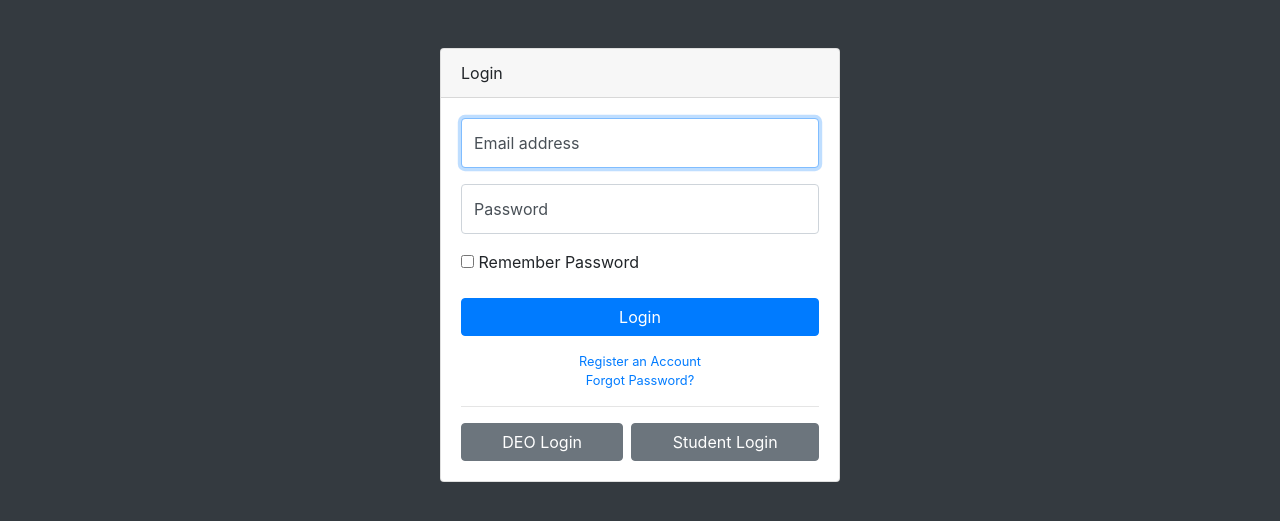
Repository: shubhamsinghrajput/e-exam
Page: http://localhost/deo/login.php
The author's editor kept a copy of each file at every save. The page is drawn from the files as they stood at one save, then again after the next save.
The browser window is 1280 px wide. The pictures show the whole page.
The page is run by PHP 8.4 with error messages shown; the project is at /var/www/html/. Other server files are loaded and not shown.

Above is the page before, as saved 2019-02-11 12:33:33.

### deo/login.php
<!DOCTYPE html>
<html lang="en">

  <head>

    <meta charset="utf-8">
    <meta http-equiv="X-UA-Compatible" content="IE=edge">
    <meta name="viewport" content="width=device-width, initial-scale=1, shrink-to-fit=no">
    <meta name="description" content="">
    <meta name="author" content="">

    <title>Edugen - Login</title>

    <!-- Bootstrap core CSS-->
      <link href="../assets/vendor/bootstrap/css/bootstrap.min.css" rel="stylesheet">

    <!-- Custom fonts for this template-->
      <link href="../assets/vendor/fontawesome-free/css/all.min.css" rel="stylesheet" type="text/css">

    <!-- Custom styles for this template-->
      <link href="../assets/css/sb-admin.css" rel="stylesheet">

  </head>

  <body class="bg-dark">

    <div class="container">
      <div class="card card-login mx-auto mt-5">
        <div class="card-header">Login</div>
        <div class="card-body">
          <form>
            <div class="form-group">
              <div class="form-label-group">
                <input type="email" id="inputEmail" class="form-control" placeholder="Email address" required="required" autofocus="autofocus">
                <label for="inputEmail">Email address</label>
              </div>
            </div>
            <div class="form-group">
              <div class="form-label-group">
                <input type="password" id="inputPassword" class="form-control" placeholder="Password" required="required">
                <label for="inputPassword">Password</label>
              </div>
            </div>
            <div class="form-group">
              <div class="checkbox">
                <label>
                  <input type="checkbox" value="remember-me">
                  Remember Password
                </label>
              </div>
            </div>
            <a class="btn btn-primary btn-block" href="dashboard-deo.php">Login</a>
          </form>
          <div class="text-center">
            <a class="d-block small mt-3" href="register.php">Register an Account</a>
            <a class="d-block small" href="forgot-password.php">Forgot Password?</a>
          </div>
          <hr>
          <div class="text-center d-flex">
            <a class="btn flex-fill small mr-1 btn-secondary foat-left" href="register.php">DEO Login</a>
            <a class="  btn flex-fill btn-secondary ml-1 small float right" href="forgot-password.php">Student Login</a>
          </div>
        </div>
      </div>
    </div>

    <!-- Bootstrap core JavaScript-->
      <script src="../../assets/vendor/jquery/jquery.min.js"></script>
      <script src="../../assets/vendor/bootstrap/js/bootstrap.bundle.min.js"></script>

    <!-- Core plugin JavaScript-->
      <script src="../../assets/vendor/jquery-easing/jquery.easing.min.js"></script>

  </body>

</html>

### assets/css/sb-admin.css
@charset "UTF-8";
html {
  position: relative;
  min-height: 100%;
}

body {
  height: 100%;
}

#wrapper {
  display: flex;
}
#wrapper #content-wrapper {
  overflow-x: hidden;
  width: 100%;
  padding-top: 1rem;
  padding-bottom: 80px;
}

body.fixed-nav #content-wrapper {
  margin-top: 56px;
  padding-left: 90px;
}
body.fixed-nav.sidebar-toggled #content-wrapper {
  padding-left: 0;
}
@media (min-width: 768px) {
  body.fixed-nav #content-wrapper {
    padding-left: 225px;
  }
  body.fixed-nav.sidebar-toggled #content-wrapper {
    padding-left: 90px;
  }
}

.scroll-to-top {
  position: fixed;
  right: 15px;
  bottom: 15px;
  display: none;
  width: 50px;
  height: 50px;
  text-align: center;
  color: #fff;
  background: rgba(52, 58, 64, 0.5);
  line-height: 46px;
}
.scroll-to-top:focus, .scroll-to-top:hover {
  color: white;
}
.scroll-to-top:hover {
  background: #343a40;
}
.scroll-to-top i {
  font-weight: 800;
}

.smaller {
  font-size: 0.7rem;
}

.o-hidden {
  overflow: hidden !important;
}

.z-0 {
  z-index: 0;
}

.z-1 {
  z-index: 1;
}

.navbar-nav .form-inline .input-group {
  width: 100%;
}
.navbar-nav .nav-item.active .nav-link {
  color: #fff;
}
.navbar-nav .nav-item.dropdown .dropdown-toggle::after {
  width: 1rem;
  text-align: center;
  float: right;
  vertical-align: 0;
  border: 0;
  font-weight: 900;
  content: "";
  font-family: "Font Awesome 5 Free";
}
.navbar-nav .nav-item.dropdown.show .dropdown-toggle::after {
  content: "";
}
.navbar-nav .nav-item.dropdown.no-arrow .dropdown-toggle::after {
  display: none;
}
.navbar-nav .nav-item .nav-link:focus {
  outline: none;
}
.navbar-nav .nav-item .nav-link .badge {
  position: absolute;
  margin-left: 0.75rem;
  top: 0.3rem;
  font-weight: 400;
  font-size: 0.5rem;
}
@media (min-width: 768px) {
  .navbar-nav .form-inline .input-group {
    width: auto;
  }
}

.sidebar {
  width: 90px !important;
  background-color: #212529;
  min-height: calc(100vh - 56px);
}
.sidebar .nav-item:last-child {
  margin-bottom: 1rem;
}
.sidebar .nav-item .nav-link {
  text-align: center;
  padding: 0.75rem 1rem;
  width: 90px;
}
.sidebar .nav-item .nav-link span {
  font-size: 0.65rem;
  display: block;
}
.sidebar .nav-item .dropdown-menu {
  position: absolute !important;
  transform: none !important;
  left: calc(90px + 0.5rem) !important;
  margin: 0;
}
.sidebar .nav-item .dropdown-menu.dropup {
  bottom: 0;
  top: auto !important;
}
.sidebar .nav-item.dropdown .dropdown-toggle::after {
  display: none;
}
.sidebar .nav-item .nav-link {
  color: rgba(255, 255, 255, 0.5);
}
.sidebar .nav-item .nav-link:active, .sidebar .nav-item .nav-link:focus, .sidebar .nav-item .nav-link:hover {
  color: rgba(255, 255, 255, 0.75);
}
.sidebar.toggled {
  width: 0 !important;
  overflow: hidden;
}

@media (min-width: 768px) {
  .sidebar {
    width: 225px !important;
  }
  .sidebar .nav-item .nav-link {
    display: block;
    width: 100%;
    text-align: left;
    padding: 1rem;
    width: 225px;
  }
  .sidebar .nav-item .nav-link span {
    font-size: 1rem;
    display: inline;
  }
  .sidebar .nav-item .dropdown-menu {
    position: static !important;
    margin: 0 1rem;
    top: 0;
  }
  .sidebar .nav-item.dropdown .dropdown-toggle::after {
    display: block;
  }
  .sidebar.toggled {
    overflow: visible;
    width: 90px !important;
  }
  .sidebar.toggled .nav-item:last-child {
    margin-bottom: 1rem;
  }
  .sidebar.toggled .nav-item .nav-link {
    text-align: center;
    padding: 0.75rem 1rem;
    width: 90px;
  }
  .sidebar.toggled .nav-item .nav-link span {
    font-size: 0.65rem;
    display: block;
  }
  .sidebar.toggled .nav-item .dropdown-menu {
    position: absolute !important;
    transform: none !important;
    left: calc(90px + 0.5rem) !important;
    margin: 0;
  }
  .sidebar.toggled .nav-item .dropdown-menu.dropup {
    bottom: 0;
    top: auto !important;
  }
  .sidebar.toggled .nav-item.dropdown .dropdown-toggle::after {
    display: none;
  }
}
.sidebar.fixed-top {
  top: 56px;
  height: calc(100vh - 56px);
  overflow-y: auto;
}

.card-body-icon {
  position: absolute;
  z-index: 0;
  top: -1.25rem;
  right: -1rem;
  opacity: 0.4;
  font-size: 5rem;
  transform: rotate(15deg);
}

@media (min-width: 576px) {
  .card-columns {
    column-count: 1;
  }
}
@media (min-width: 768px) {
  .card-columns {
    column-count: 2;
  }
}
@media (min-width: 1200px) {
  .card-columns {
    column-count: 2;
  }
}

:root {
  --input-padding-x: 0.75rem;
  --input-padding-y: 0.75rem;
}

.card-login {
  max-width: 25rem;
}

.card-register {
  max-width: 40rem;
}

.form-label-group {
  position: relative;
}

.form-label-group > input,
.form-label-group > label {
  padding: var(--input-padding-y) var(--input-padding-x);
  height: auto;
}

.form-label-group > label {
  position: absolute;
  top: 0;
  left: 0;
  display: block;
  width: 100%;
  margin-bottom: 0;
  /* Override default `<label>` margin */
  line-height: 1.5;
  color: #495057;
  border: 1px solid transparent;
  border-radius: 0.25rem;
  transition: all 0.1s ease-in-out;
}

.form-label-group input::-webkit-input-placeholder {
  color: transparent;
}

.form-label-group input:-ms-input-placeholder {
  color: transparent;
}

.form-label-group input::-ms-input-placeholder {
  color: transparent;
}

.form-label-group input::-moz-placeholder {
  color: transparent;
}

.form-label-group input::placeholder {
  color: transparent;
}

.form-label-group input:not(:placeholder-shown) {
  padding-top: calc(var(--input-padding-y) + var(--input-padding-y) * (2 / 3));
  padding-bottom: calc(var(--input-padding-y) / 3);
}

.form-label-group input:not(:placeholder-shown) ~ label {
  padding-top: calc(var(--input-padding-y) / 3);
  padding-bottom: calc(var(--input-padding-y) / 3);
  font-size: 12px;
  color: #777;
}

footer.sticky-footer {
  display: flex;
  position: absolute;
  right: 0;
  bottom: 0;
  width: calc(100% - 90px);
  height: 80px;
  background-color: #e9ecef;
}
footer.sticky-footer .copyright {
  line-height: 1;
  font-size: 0.8rem;
}
@media (min-width: 768px) {
  footer.sticky-footer {
    width: calc(100% - 225px);
  }
}

body.sidebar-toggled footer.sticky-footer {
  width: 100%;
}
@media (min-width: 768px) {
  body.sidebar-toggled footer.sticky-footer {
    width: calc(100% - 90px);
  }
}

/*# sourceMappingURL=sb-admin.css.map */

After the next save:
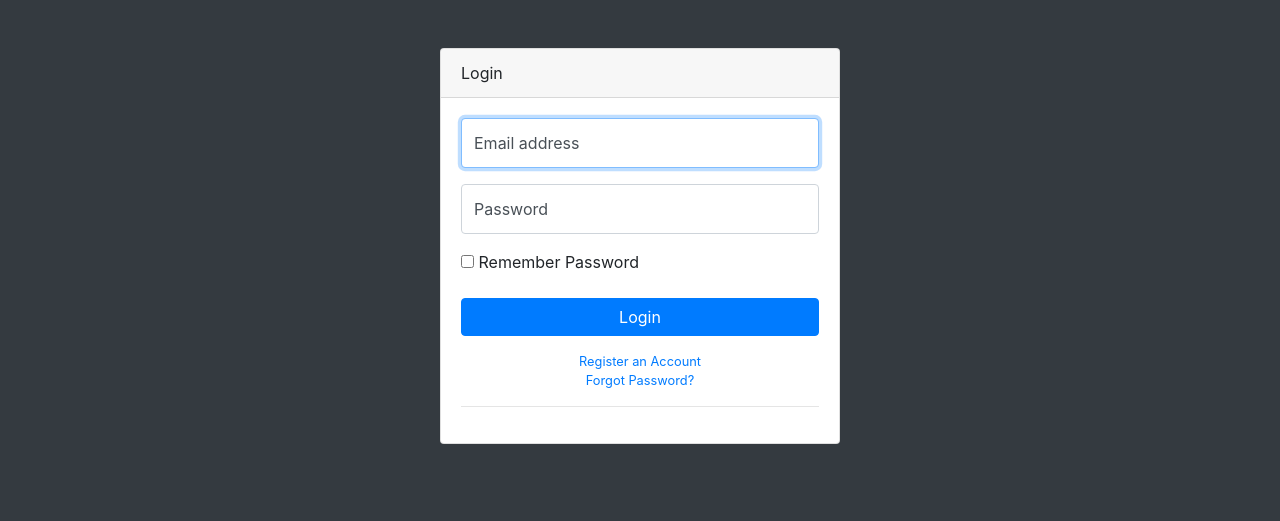
Saved 7 min 26 s later.
--- a/deo/login.php
+++ b/deo/login.php
@@ -56,10 +56,10 @@
             <a class="d-block small" href="forgot-password.php">Forgot Password?</a>
           </div>
           <hr>
-          <div class="text-center d-flex">
+          <!-- <div class="text-center d-flex">
             <a class="btn flex-fill small mr-1 btn-secondary foat-left" href="register.php">DEO Login</a>
             <a class="  btn flex-fill btn-secondary ml-1 small float right" href="forgot-password.php">Student Login</a>
-          </div>
+          </div> -->
         </div>
       </div>
     </div>

After the save that followed:
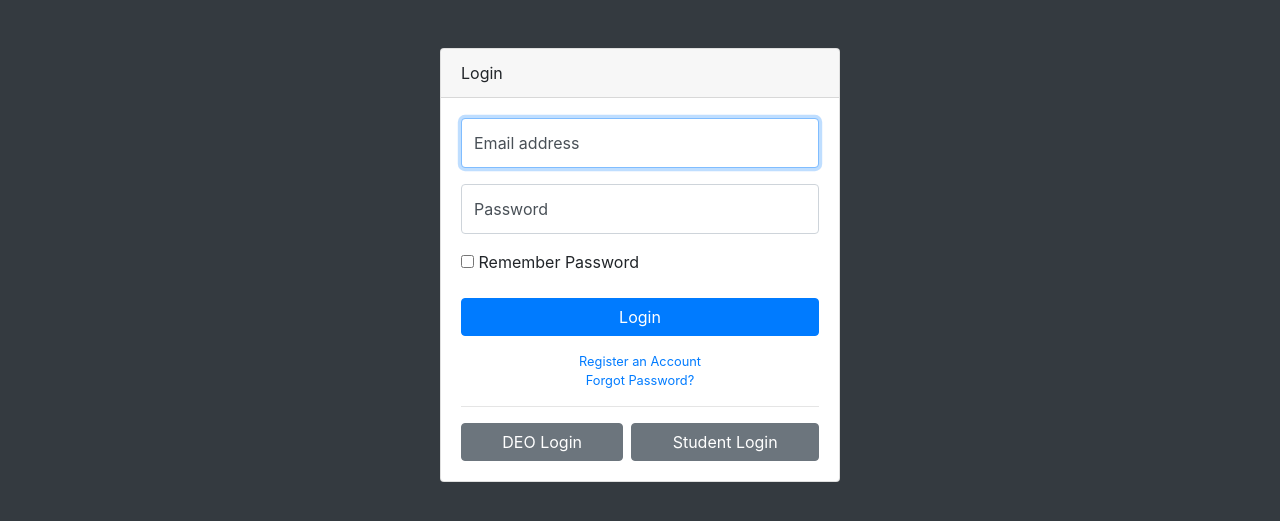
Saved 10 s later.
--- a/deo/login.php
+++ b/deo/login.php
@@ -56,10 +56,10 @@
             <a class="d-block small" href="forgot-password.php">Forgot Password?</a>
           </div>
           <hr>
-          <!-- <div class="text-center d-flex">
+          <div class="text-center d-flex">
             <a class="btn flex-fill small mr-1 btn-secondary foat-left" href="register.php">DEO Login</a>
             <a class="  btn flex-fill btn-secondary ml-1 small float right" href="forgot-password.php">Student Login</a>
-          </div> -->
+          </div>
         </div>
       </div>
     </div>
